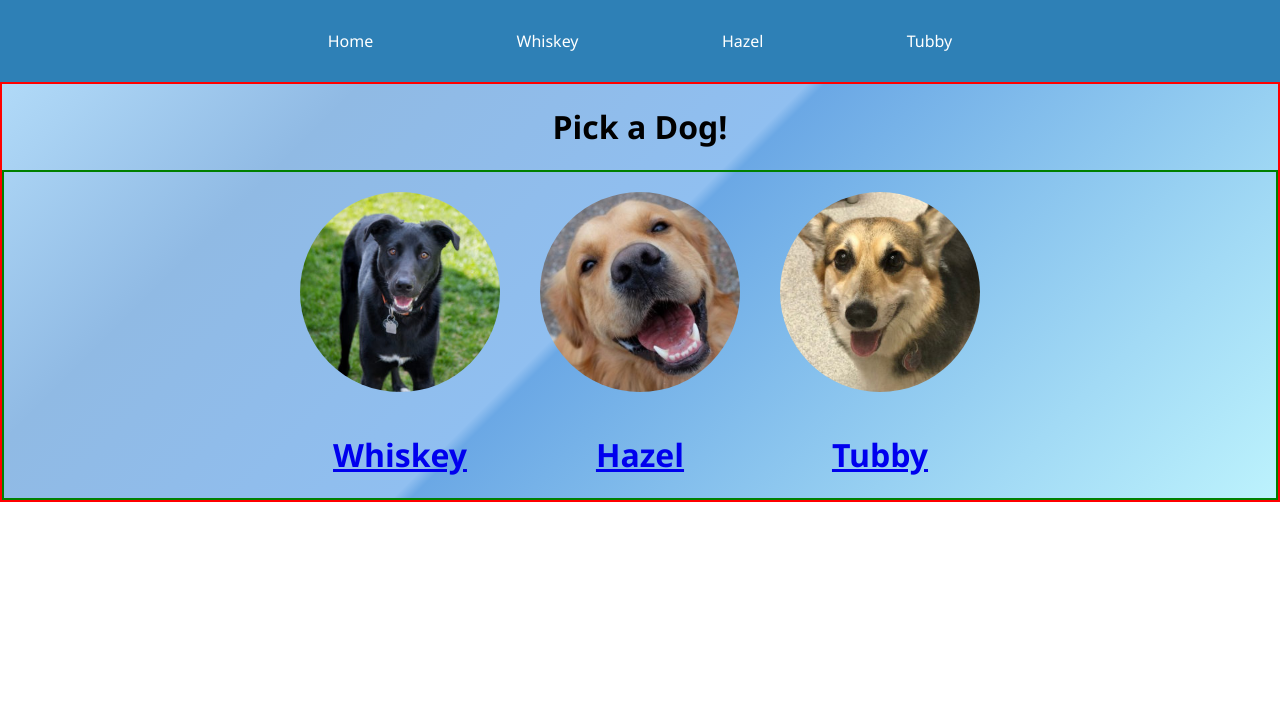
Repository: johnmutina/dog-finder
Page: /dogs
The author's editor kept a copy of each file at every save. The page is drawn from the files as they stood at one save, then again after the next save.
The browser window is 1280 px wide. The pictures show the whole page.
The project was rebuilt for these pictures with package versions that can differ from the ones it lists, and the page was loaded fresh each time. Also part of the build but not shown: src/Dog.js.

Above is the page before, as saved 2019-07-28 15:20:13.

### src/App.js
import React, { Component } from "react";
import { Switch, Route, NavLink, Redirect } from "react-router-dom";
import DogFinder from "./DogFinder";
import Dog from "./Dog";
import "./App.css";

// Import all images in image folder
function importAll(r) {
  let images = {};
  r.keys().map((item, index) => {
    images[item.replace("./", "")] = r(item);
  });
  return images;
}

const images = importAll(
  require.context("./assets", false, /\.(gif|jpe?g|svg)$/)
);

class App extends Component {
  static defaultProps = {
    dogs: [
      {
        name: "Whiskey",
        age: 5,
        src: images["whiskey.jpg"],
        facts: [
          "Whiskey loves eating popcorn.",
          "Whiskey is a terrible guard dog.",
          "Whiskey wants to cuddle with you!"
        ]
      },
      {
        name: "Hazel",
        age: 3,
        src: images["hazel.jpg"],
        facts: [
          "Hazel has soooo much energy!",
          "Hazel is highly intelligent.",
          "Hazel loves people more than dogs."
        ]
      },
      {
        name: "Tubby",
        age: 4,
        src: images["tubby.jpg"],
        facts: [
          "Tubby is not the brightest dog",
          "Tubby does not like walks or exercise.",
          "Tubby loves eating food."
        ]
      }
    ]
  };

  render() {
    return (
      <div className="App">
        {/* NAVBAR */}
        <div className="App-navbar">
          <NavLink to="/dogs" activeClassName="App-active-navlink">
            Home
          </NavLink>
          {this.props.dogs.map(dog => (
            <NavLink
              key={dog.name}
              to={`/dogs/${dog.name}`}
              activeClassName="App-active-navlink"
            >
              {dog.name}
            </NavLink>
          ))}
        </div>

        {/* ROUTES SETUP */}

        <Switch>
          <Route
            exact
            path="/dogs"
            render={routeProps => (
              <DogFinder dogs={this.props.dogs} {...routeProps} />
            )}
          />
          <Route
            exact
            path="/dogs/:name"
            render={routeProps => (
              <Dog
                {...this.props.dogs.filter(
                  dog => dog.name == routeProps.match.params.name
                )[0]}
                {...routeProps}
              />
            )}
          />
          <Route render={() => <Redirect to="/dogs" />} />
        </Switch>
      </div>
    );
  }
}

export default App;

### src/DogFinder.js
import React, { Component } from "react";
import { Link } from "react-router-dom";
import "./DogFinder.css";

class DogFinder extends Component {
  render() {
    return (
      <div className="DogFinder">
        <h1>Pick a Dog!</h1>
        <div className="DogFinder-box">
          {this.props.dogs.map(dog => (
            <Link to={`/dogs/${dog.name}`}>
              <div className="DogFinder-dog-container">
                <img src={dog.src} alt={dog.name} />
                <h1>{dog.name}</h1>
              </div>
            </Link>
          ))}
        </div>
      </div>
    );
  }
}

export default DogFinder;

### src/App.css
* {
  font-family: "Segoe UI", Tahoma, Geneva, Verdana, sans-serif;
}

.App {
  min-height: 1vh;
  text-align: center;
  background: #b8e1fc; /* Old browsers */
  background: -moz-linear-gradient(
    -45deg,
    #b8e1fc 0%,
    #a9d2f3 10%,
    #90bae4 25%,
    #90bcea 37%,
    #90bff0 50%,
    #6ba8e5 51%,
    #a2daf5 83%,
    #bdf3fd 100%
  ); /* FF3.6-15 */
  background: -webkit-linear-gradient(
    -45deg,
    #b8e1fc 0%,
    #a9d2f3 10%,
    #90bae4 25%,
    #90bcea 37%,
    #90bff0 50%,
    #6ba8e5 51%,
    #a2daf5 83%,
    #bdf3fd 100%
  ); /* Chrome10-25,Safari5.1-6 */
  background: linear-gradient(
    135deg,
    #b8e1fc 0%,
    #a9d2f3 10%,
    #90bae4 25%,
    #90bcea 37%,
    #90bff0 50%,
    #6ba8e5 51%,
    #a2daf5 83%,
    #bdf3fd 100%
  ); /* W3C, IE10+, FF16+, Chrome26+, Opera12+, Safari7+ */
  filter: progid:DXImageTransform.Microsoft.gradient( startColorstr='#b8e1fc', endColorstr='#bdf3fd',GradientType=1 ); /* IE6-9 fallback on horizontal gradient */
}
.App-navbar {
  display: flex;
  background-color: #2e80b6;
  justify-content: space-around;
  padding: 30px 20%;
}

.App-navbar > * {
  color: white;
  text-decoration: none;
  text-transform: capitalize;
}

.App-navbar > *:hover {
  text-decoration: underline;
  font-weight: bolder;
}

### src/DogFinder.css
.DogFinder {
  border: 2px solid red;
}

.DogFinder-box {
  display: flex;
  flex-flow: row wrap;
  justify-content: center;
  align-items: flex-end;
  border: 2px solid green;
}

.DogFinder-dog-container {
  display: flex;
  flex-flow: column nowrap;
  justify-items: center;
  align-items: center;
}

.DogFinder-dog-container img {
  padding: 20px;
  width: 200px;
  height: auto;
  border-radius: 50%;
}

Loaded but not shown: public/index.html (common file); src/index.js (common file); src/index.css (common file); src/serviceWorker.js (common file)

After the next save:
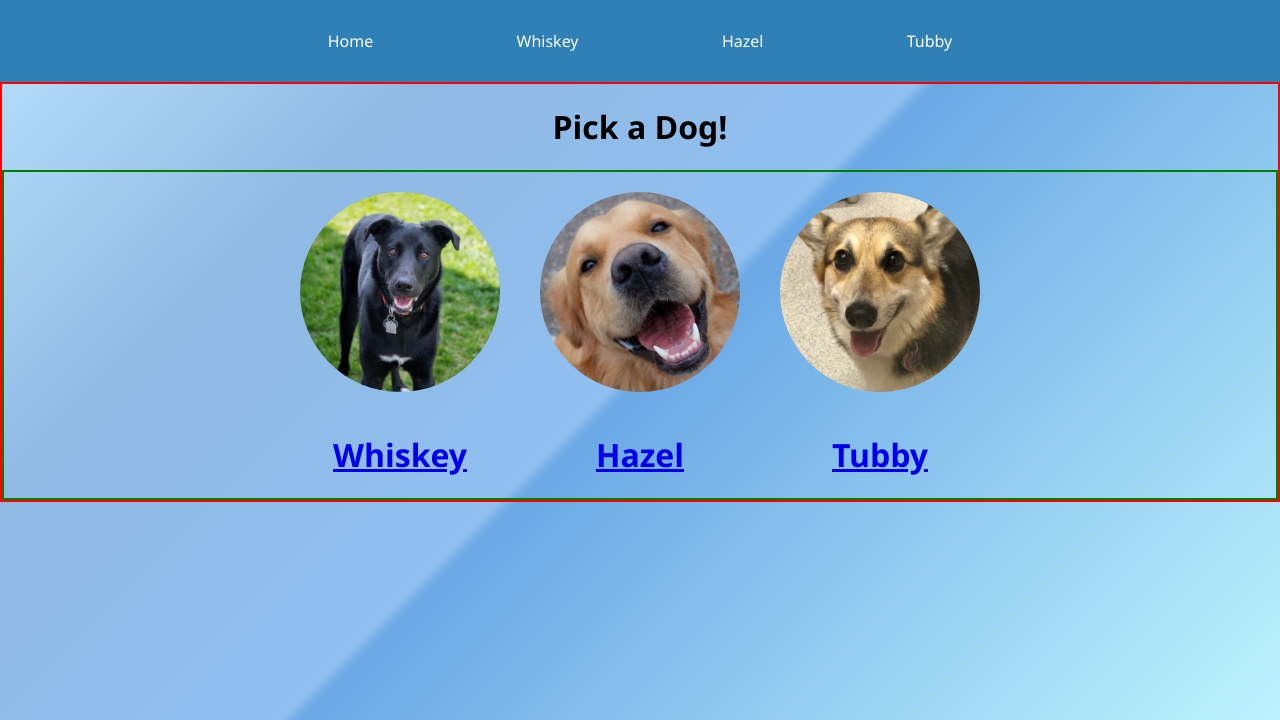
Saved 11 s later.
--- a/src/App.css
+++ b/src/App.css
@@ -3,7 +3,7 @@
 }
 
 .App {
-  min-height: 1vh;
+  min-height: 100vh;
   text-align: center;
   background: #b8e1fc; /* Old browsers */
   background: -moz-linear-gradient(
